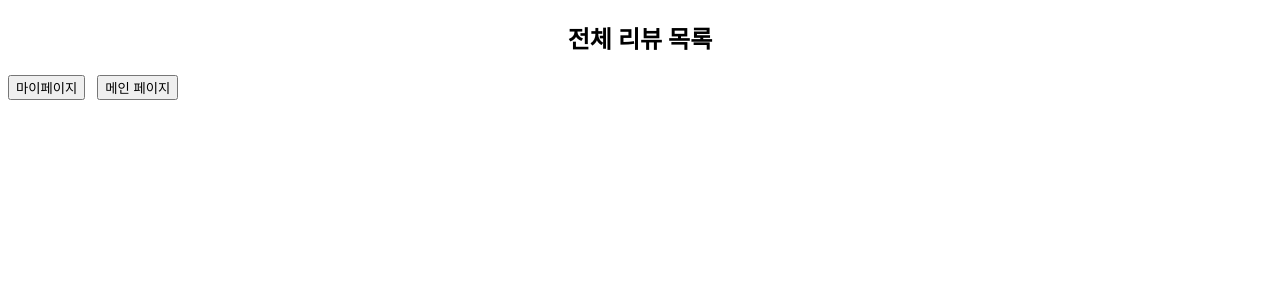
Repository: Served01/Project2_2209
Page: http://localhost/bookReviewProgram/rvAllReviewPro.jsp
An editor plug-in stored every save of this project. The page is shown before and after the next save, followed by the edit.
The browser window is 1280 px wide. The pictures show the whole page.
The page is served by Tomcat 9. Other server files are loaded and not shown. Queries for data that is not in the repository find no rows.

Above is the page before, as saved 2022-09-29 01:00:52.

### bookReviewProgram/src/main/webapp/rvAllReviewPro.jsp
<%@ page language="java" contentType="text/html; charset=UTF-8"
    pageEncoding="UTF-8"%>
<%@ page import = "java.sql.*" %>
<%@ page import="javax.sql.*"%>
<%@ page import="javax.naming.*"%>
<%@ page import="BKRV.book.bkDAO"%>
<%@ page import="BKRV.book.bkBean"%>
<%@ page import="BKRV.review.rvDAO" %>
<%@ page import="BKRV.review.rvBean" %>
<%@ page import="java.util.Vector" %>
<%request.setCharacterEncoding("UTF-8");%>
<!DOCTYPE html>
<html>
<head>
<meta charset="UTF-8">
<title>책 상세 정보 조회 화면</title>
</head>

<style>
table{
margin: auto;
}
</style>

<body>

<!-- 책 리뷰 목록 표시 -->

<h2 align="center">전체 리뷰 목록</h2>

<input type="button" value="마이페이지" onclick="location.href='mainSession.jsp?center=mbSelectPro.jsp&mb_id=<%=request.getParameter("mb_id") %>'" />&nbsp;&nbsp;
<button onclick="location.href='mainSession.jsp'">메인 페이지</button>
<br><br>

<%

	rvDAO rdao = new rvDAO();
	Vector<rvBean> rvVec = rdao.allselectReview();

	for(int i=0; i < rvVec.size(); i++){

		rvBean rbean = rvVec.get(i);
		int bk_number = rbean.getRv_bknumber();

		bkDAO bdao = new bkDAO();
		String bk_title = bdao.selecttitleBook(bk_number);

%>
<table border="1">
	<tr align="center">
		<td>닉네임:&nbsp;<%=rbean.getRv_id() %></td>
		<td>평점:&nbsp;<%=rbean.getRv_score() %></td>
		<td>
		<button type="button">수정</button>
		<button type="button">삭제</button>
		</td>
	</tr>
	<tr align="center">
		<td colspan="2">책 제목:&nbsp;<%=bk_title %></td>
		<td>책 일련번호: &nbsp;<%=bk_number %></td>
	</tr>
	<tr>
		<td colspan="3">
		등록날짜:&nbsp;<%=rbean.getRv_date() %>
		</td>
	</tr>
	<tr>
		<td colspan="3">
		<%=rbean.getRv_content()%>
		</td>
	</tr>

<%} %>
</table>
</body>
</html>

### bookReviewProgram/src/main/java/BKRV/review/rvDAO.java
package BKRV.review;

import java.sql.Connection;
import java.sql.DriverManager;
import java.sql.PreparedStatement;
import java.sql.ResultSet;
import java.util.Vector;

public class rvDAO {


		Connection conn = null;
		PreparedStatement pstmt = null;
		ResultSet rs  = null;
		PreparedStatement pstmt2 = null;
		ResultSet rs2  = null;

		public Connection getConnection(){

		String Driver = "oracle.jdbc.OracleDriver";
		String url = "jdbc:oracle:thin:@localhost:1521:xe";
		String dbid = "bookrv";
		String dbpw = "1234";

		try {
			Class.forName(Driver);
			conn = DriverManager.getConnection(url, dbid, dbpw);
			System.out.println("데이터베이스 연동에 성공하였습니다.");
		} catch (Exception e) {
			e.printStackTrace();
			System.out.println("데이터베이스 연동에 실패하였습니다.");
		}

		return conn;

		}


	//새로운 리뷰 데이터 입력
	public void insertReview(rvBean rBean) {

		conn=getConnection();

		try {

			String sql = "insert into Review_info values (review_num.nextval, ?, ?, sysdate, ?, ?)";

			pstmt = conn.prepareStatement(sql);

			pstmt.setInt(1, rBean.getRv_bknumber());
			pstmt.setString(2, rBean.getRv_id());
			pstmt.setInt(3, rBean.getRv_score());
			pstmt.setString(4, rBean.getRv_content());

			pstmt.executeUpdate();

			if(conn != null) {
				conn.commit();
				conn.close();
			}

		}catch(Exception e){
			e.printStackTrace();
		}
	}


	//한 회원에 대한 모든 리뷰 표시
	public Vector<rvBean> allmemberselectReview(String Rv_id){

		Vector<rvBean> vec = new Vector<>();

		conn=getConnection();

		try {

			String sql = "select * from Review_info where RV_id = ? order by RV_date";

			pstmt = conn.prepareStatement(sql);
			pstmt.setString(1, Rv_id);

			rs = pstmt.executeQuery();

			while(rs.next()) {
				rvBean rbean = new rvBean();

				rbean.setRv_number(rs.getInt(1));
				rbean.setRv_bknumber(rs.getInt(2));
				rbean.setRv_id(rs.getString(3));
				rbean.setRv_date(rs.getString(4));
				rbean.setRv_score(rs.getInt(5));
				rbean.setRv_content(rs.getString(6));

				vec.add(rbean);
			}
			if(conn != null) {
				conn.commit();
				conn.close();
			}

		}catch(Exception e){
			e.printStackTrace();
		}

		return vec;
	}


	//한 책에 대한 모든 리뷰 표시
	public Vector<rvBean> allbookselectReview(int Rv_bknumber){

		Vector<rvBean> vec = new Vector<rvBean>();

		conn=getConnection();

		try {

			String sql = "select * from Review_info where RV_bknumber = ? order by RV_date";

			pstmt = conn.prepareStatement(sql);
			pstmt.setInt(1, Rv_bknumber);
			rs = pstmt.executeQuery();

			while(rs.next()) {

				rvBean rbean = new rvBean();

				rbean.setRv_number(rs.getInt(1));
				rbean.setRv_bknumber(rs.getInt(2));
				rbean.setRv_id(rs.getString(3));
				rbean.setRv_date(rs.getString(4));
				rbean.setRv_score(rs.getInt(5));
				rbean.setRv_content(rs.getString(6));

				vec.add(rbean);
			}
			if(conn != null) {
				conn.commit();
				conn.close();
			}

		}catch(Exception e){
			e.printStackTrace();
		}

		return vec;
	}


	//한 리뷰에 대한 수정을 위해 해당 리뷰 내용 로드
	public rvBean updateOneSelectReview(int rv_number, int rv_bknumber, String rv_id) {
		rvBean rbean = new rvBean();

		try {
			conn=getConnection();


			String sql = "select * from Review_info where RV_number = ? and RV_bknumber = ? and RV_id = ? order by RV_date";

			pstmt = conn.prepareStatement(sql);
			pstmt.setInt(1, rv_number);
			pstmt.setInt(2, rv_bknumber);
			pstmt.setString(3, rv_id);

			rs = pstmt.executeQuery();

			if(rs.next()) {

				rbean.setRv_number(rs.getInt(1));
				rbean.setRv_bknumber(rs.getInt(2));
				rbean.setRv_id(rs.getString(3));
				rbean.setRv_date(rs.getString(4));
				rbean.setRv_score(rs.getInt(5));
				rbean.setRv_content(rs.getString(6));

			}
			if(conn != null) {
				conn.commit();
				conn.close();
			}
		}catch(Exception e) {
			e.printStackTrace();
			}
		return rbean;
	}


	//한 리뷰에 대한 해당 리뷰 수정 적용
	public void updateReview(rvBean rBean) {
		try {
			conn=getConnection();

			String sql  = "update Review_info set RV_score = ?, RV_content = ? where RV_number = ? and RV_bknumber = ? and RV_id = ?";

			pstmt = conn.prepareStatement(sql);

			pstmt.setInt(1, rBean.getRv_score());
			pstmt.setString(2, rBean.getRv_content());
			pstmt.setInt(3, rBean.getRv_number());
			pstmt.setInt(4, rBean.getRv_bknumber());
			pstmt.setString(5, rBean.getRv_id());

			pstmt.executeUpdate();

			if(conn != null) {
				conn.commit();
				conn.close();
			}

		}catch(Exception e) {
			e.printStackTrace();
		}
	}


	//한 리뷰에 대한 해당 리뷰 삭제
		public void deleteReview(int rv_number) {

			conn=getConnection();

			try {

				String sql  = "delete from Review_info where rv_number = ?";

				pstmt = conn.prepareStatement(sql);

				pstmt.setInt(1, rv_number);

				pstmt.executeUpdate();


				if(conn != null) {
					conn.commit();
					conn.close();
				}

			}catch(Exception e) {
				e.printStackTrace();
			}
		}


	public Vector<rvBean> allselectBoard(int startRow, int endRow) {

		conn=getConnection();

		Vector<rvBean> rb  = new Vector<rvBean>();

		try {
			/*


			Rownum - query 결과로 나오게 되는 각각의 행들의 순서 값
					 특정 갯수의 그 이하 행 선택시 사용
			RowID - 테이블에 저장된 각 행들이 저장된 주소 값
					가장 최신 글 가져오기
					Rownum 기준으로 Rnum 별칭 사용하여 Rnum이 srtRow보다 크고 endRow보다 작은 경우에 해당하는 모든 레코드 가져오기


			*/

			String sql = "select * from (select A.*, Rownum Rnum from (select * from Review_info order by Rv_date)A) where Rnum >= ? and Rnum <= ?";

			pstmt = conn.prepareStatement(sql);
			pstmt.setInt(1, startRow);
			pstmt.setInt(2, endRow);

			rs = pstmt.executeQuery();

			while(rs.next()) {
				rvBean rbean = new rvBean();

				rbean.setRv_number(rs.getInt(1));
				rbean.setRv_bknumber(rs.getInt(2));
				rbean.setRv_id(rs.getString(3));
				rbean.setRv_date(rs.getString(4));
				rbean.setRv_score(rs.getInt(5));
				rbean.setRv_content(rs.getString(6));

				rb.add(rbean);
				}

			}catch(Exception e) {
				e.printStackTrace();
			}
			return rb;
	}

	//각 서적별 평점 평균 구하기
	public double getScore(int bk_number){

		conn=getConnection();

		int sum = 0;
		int count =0;
		double average = 0;

		try {

			String sql = "select count(*) from review_info where rv_bknumber=?";

			pstmt = conn.prepareStatement(sql);
			pstmt.setInt(1, bk_number);
			rs = pstmt.executeQuery();

			if(rs.next()) {
			if(rs.getInt(1)==0) {
				average=0;
			} else {
			count = rs.getInt(1);


			String sql2 = "select sum(rv_score) from review_info where rv_bknumber = ?";

			pstmt2 = conn.prepareStatement(sql2);
			pstmt2.setInt(1, bk_number);
			rs2 = pstmt2.executeQuery();

			if(rs2.next()) {

				sum = rs2.getInt(1);
			}
			average = sum/count;
			}

			if(conn != null) {
				conn.commit();
				conn.close();
			}
		}



		}catch(Exception e) {
			e.printStackTrace();
		}

		return average;
	}


	//전체리뷰수 파악 후 반환(칼럼, 값 유무 판단)
			public int getAllcount(String column, String value){

				conn=getConnection();

				int count = 0;

				try {

					if(column != "" || value != "") {
						String sql = "select count(*) from Review_info where " + column + " = ?";

						pstmt = conn.prepareStatement(sql);
						pstmt.setString(1,value);
						rs = pstmt.executeQuery();
					}else if(column == "" && value == "") {
						String sql = "select count(*) from Review_info";

						pstmt = conn.prepareStatement(sql);
						rs = pstmt.executeQuery();
					}
					if(rs.next()) {
						count = rs.getInt(1);

					}
					if(conn != null) {
						conn.commit();
						conn.close();
					}

				}catch(Exception e) {
					e.printStackTrace();
				}

				return count;
			}


		//모든 리뷰 표시
		public Vector<rvBean> allselectReview() {

			Vector<rvBean> vec = new Vector<>();

			conn=getConnection();

			try {

				String sql = "select * from Review_info order by RV_number";

				pstmt = conn.prepareStatement(sql);

				rs = pstmt.executeQuery();

				while(rs.next()) {
					rvBean rbean = new rvBean();

					rbean.setRv_number(rs.getInt(1));
					rbean.setRv_bknumber(rs.getInt(2));
					rbean.setRv_id(rs.getString(3));
					rbean.setRv_date(rs.getString(4));
					rbean.setRv_score(rs.getInt(5));
					rbean.setRv_content(rs.getString(6));

					vec.add(rbean);
				}
				if(conn != null) {
					conn.commit();
					conn.close();
				}

			}catch(Exception e){
				e.printStackTrace();
			}

			return vec;
		}


public Vector<rvBean> allselectBoard(int startRow, int endRow, String column, String value) {

			conn=getConnection();

			Vector<rvBean> rb  = new Vector<rvBean>();

			try {
				/*


				Rownum - query 결과로 나오게 되는 각각의 행들의 순서 값
						 특정 갯수의 그 이하 행 선택시 사용
				RowID - 테이블에 저장된 각 행들이 저장된 주소 값
						가장 최신 글 가져오기
						Rownum 기준으로 Rnum 별칭 사용하여 Rnum이 srtRow보다 크고 endRow보다 작은 경우에 해당하는 모든 레코드 가져오기


				*/
				if(column != "" || value != "") {
					String sql = "select * from (select A.*, Rownum Rnum from (select * from Review_info where " + column + " = ? order by Rv_date)A) where Rnum >= ? and Rnum <= ?";

					pstmt = conn.prepareStatement(sql);
					pstmt.setString(1, value);
					pstmt.setInt(2, startRow);
					pstmt.setInt(3, endRow);
				}else if(column == "" && value == "") {
					String sql = "select * from (select A.*, Rownum Rnum from (select * from Review_info order by Rv_date)A) where Rnum >= ? and Rnum <= ?";

					pstmt = conn.prepareStatement(sql);
					pstmt.setInt(1, startRow);
					pstmt.setInt(2, endRow);
					rs = pstmt.executeQuery();
				}

				rs = pstmt.executeQuery();

				while(rs.next()) {
					rvBean rbean = new rvBean();

					rbean.setRv_number(rs.getInt(1));
					rbean.setRv_bknumber(rs.getInt(2));
					rbean.setRv_id(rs.getString(3));
					rbean.setRv_date(rs.getString(4));
					rbean.setRv_score(rs.getInt(5));
					rbean.setRv_content(rs.getString(6));

					rb.add(rbean);
					}

				}catch(Exception e) {
					e.printStackTrace();
				}
				return rb;
		}

		//모든 리뷰 데이터 유무 확인
		public int checkReview(int rv_number) {

			int check = 0;

			conn=getConnection();

			try {

				String sql = "select * from Review_info where rv_number=?";

				pstmt = conn.prepareStatement(sql);
				pstmt.setInt(1, rv_number);
				rs = pstmt.executeQuery();


				if(rs.next()) {
					check=1;
				} else {
					check=-1;
				}
				if(conn != null) {
					conn.commit();
					conn.close();
				}

			}catch(Exception e){
				e.printStackTrace();
			}

			return check;
		}
}

After the next save:
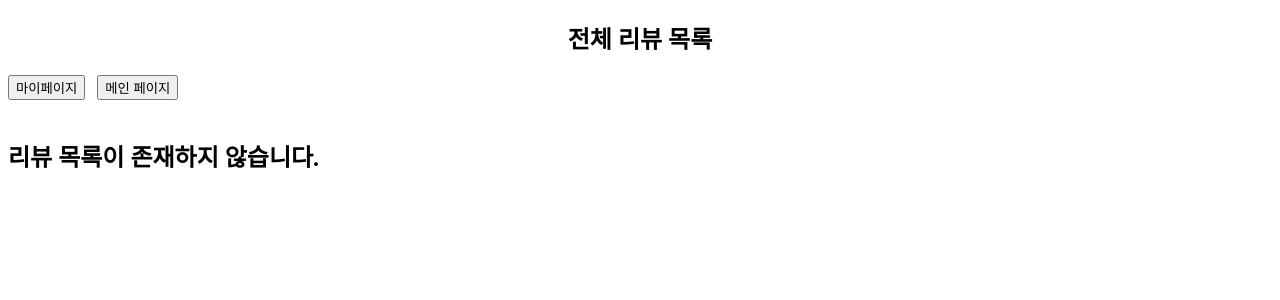
Saved 72 min 27 s later.
--- a/bookReviewProgram/src/main/webapp/rvAllReviewPro.jsp
+++ b/bookReviewProgram/src/main/webapp/rvAllReviewPro.jsp
@@ -37,6 +37,11 @@ margin: auto;
 	rvDAO rdao = new rvDAO();
 	Vector<rvBean> rvVec = rdao.allselectReview();
 
+	if(rvVec.size()==0){
+%>
+		<h2>리뷰 목록이 존재하지 않습니다.</h2>
+<%	}else{
+
 	for(int i=0; i < rvVec.size(); i++){
 
 		rvBean rbean = rvVec.get(i);
@@ -70,7 +75,7 @@ margin: auto;
 		</td>
 	</tr>
 
-<%} %>
+<%} }%>
 </table>
 </body>
 </html>
